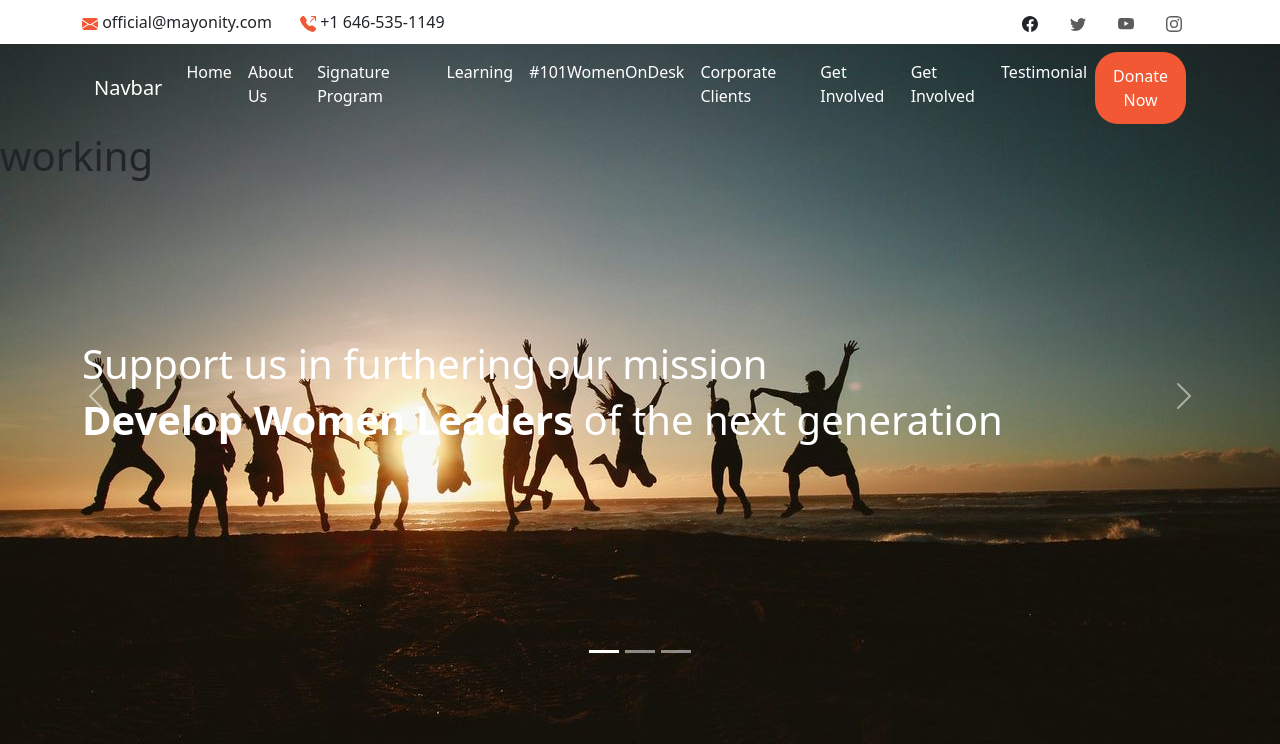
Repository: rizwan-zafar/wings
Page: /
The author's editor kept a copy of each file at every save. The page is drawn from the files as they stood at one save, then again after the next save.
The browser window is 1280 px wide. The pictures show the whole page.
The project was rebuilt for these pictures with package versions that can differ from the ones it lists, and the page was loaded fresh each time.

Above is the page before, as saved 2022-11-26 22:39:53.

### public/index.html
<!DOCTYPE html>
<html lang="en">
  <head>
    <meta charset="utf-8" />
    <link rel="icon" href="%PUBLIC_URL%/favicon.ico" />
    <meta name="viewport" content="width=device-width, initial-scale=1" />
    <meta name="theme-color" content="#000000" />
    <meta
      name="description"
      content="Web site created using create-react-app"
    />
    <link rel="apple-touch-icon" href="%PUBLIC_URL%/logo192.png" />
    <!--
      manifest.json provides metadata used when your web app is installed on a
      user's mobile device or desktop. See https://developers.google.com/web/fundamentals/web-app-manifest/
    -->
    <link rel="manifest" href="%PUBLIC_URL%/manifest.json" />
    <!--
      Notice the use of %PUBLIC_URL% in the tags above.
      It will be replaced with the URL of the `public` folder during the build.
      Only files inside the `public` folder can be referenced from the HTML.

      Unlike "/favicon.ico" or "favicon.ico", "%PUBLIC_URL%/favicon.ico" will
      work correctly both with client-side routing and a non-root public URL.
      Learn how to configure a non-root public URL by running `npm run build`.
    -->
    <title>Wings</title>
  </head>
  <body>
    <noscript>You need to enable JavaScript to run this app.</noscript>
    <div id="root"></div>
    <!--
      This HTML file is a template.
      If you open it directly in the browser, you will see an empty page.

      You can add webfonts, meta tags, or analytics to this file.
      The build step will place the bundled scripts into the <body> tag.

      To begin the development, run `npm start` or `yarn start`.
      To create a production bundle, use `npm run build` or `yarn build`.
    -->
  </body>
</html>

### src/index.js
import React from 'react';
import ReactDOM from 'react-dom/client';
import './index.css';
import App from './App';
import "../node_modules/bootstrap/dist/css/bootstrap.min.css"
import "../node_modules/bootstrap/dist/js/bootstrap.min.js"

const root = ReactDOM.createRoot(document.getElementById('root'));
root.render(
  <React.StrictMode>
    <App />
  </React.StrictMode>
);

// If you want to start measuring performance in your app, pass a function
// to log results (for example: reportWebVitals(console.log))
// or send to an analytics endpoint. Learn more: https://bit.ly/CRA-vitals

### src/index.css
html {
  margin: 0;
  padding: 0;
  font-family: -apple-system, BlinkMacSystemFont, 'Segoe UI', 'Roboto', 'Oxygen',
    'Ubuntu', 'Cantarell', 'Fira Sans', 'Droid Sans', 'Helvetica Neue',
    sans-serif;
  -webkit-font-smoothing: antialiased;
  -moz-osx-font-smoothing: grayscale;
}
.icons{
  color:#f15833 ;
}
.social-icons{
  color:#000000a3
}

### src/App.js
import Home from "./Pages/Home"
function App() {
  return (

    <>
      <Home />
    </>

  );
}

export default App;

### src/Pages/Home.js
import React from 'react'
import TopNavbar from "../Components/Topnavbar"
// import Navbar from "../Components/Navbar"
import Slider from "../Components/Slider"
export default function Home() {
    return (
        <div>
            <TopNavbar />
            {/* <Navbar /> */}
            <Slider />
        </div>
    )
}

### src/Components/Topnavbar.js
import React from 'react'
import "../Css/Topnav.css"
import { EnvelopeFill, TelephoneOutboundFill, Twitter, Youtube, Instagram, Facebook } from "react-bootstrap-icons"
export default function Topnavbar() {
    return (
        <div className="top-bar container d-flex justify-content-between">
            <div>
                <span> <EnvelopeFill className="icons" /> official@mayonity.com</span>
                <span className="set-padding p-4"> <TelephoneOutboundFill className="icons ml-3" /> +1 646-535-1149</span>
            </div>
            <div>
                <span className="p-3 social-icons-"><Facebook /></span>
                <span className="p-3 social-icons"><Twitter /></span>
                <span className="p-3 social-icons"><Youtube /></span>
                <span className="p-3 social-icons"><Instagram /></span>
            </div>
        </div>
    )
}

### src/Components/Slider.js
import React from 'react'
import "../Css/Slider.css"
import Navbar from "../Components/Navbar"
export default function Slider() {
    return (
        <div className="set-slider">
            <Navbar />
            <h1>working</h1>
            <div id="carouselExampleCaptions" className=" carousel slide" data-bs-ride="false">
                <div className="carousel-indicators">
                    <button type="button" data-bs-target="#carouselExampleCaptions" data-bs-slide-to="0" className="active" aria-current="true" aria-label="Slide 1"></button>
                    <button type="button" data-bs-target="#carouselExampleCaptions" data-bs-slide-to="1" aria-label="Slide 2"></button>
                    <button type="button" data-bs-target="#carouselExampleCaptions" data-bs-slide-to="2" aria-label="Slide 3"></button>
                </div>
                <div className="carousel-inner container">
                    <div className="carousel-item active">
                        {/* <img src="https://thumbs.dreamstime.com/b/happy-active-kids-group-six-boys-team-sitting-grass-balls-smiling-sunny-summer-day-33824066.jpg" className="d-block w-100" alt="..." /> */}
                        <div>
                            <h1>Support us in furthering our mission</h1>
                            <h1><strong>Develop Women Leaders</strong> of the next generation</h1>
                        </div>
                    </div>
                </div>
                <div>
                    <button className="carousel-control-prev" type="button" data-bs-target="#carouselExampleCaptions" data-bs-slide="prev">
                        <span className="carousel-control-prev-icon" aria-hidden="true"></span>
                        <span className="visually-hidden">Previous</span>
                    </button>
                    <button className="carousel-control-next" type="button" data-bs-target="#carouselExampleCaptions" data-bs-slide="next">
                        <span className="carousel-control-next-icon" aria-hidden="true"></span>
                        <span className="visually-hidden">Next</span>
                    </button>
                </div>
            </div>
        </div>
    )
}

### src/Css/Topnav.css
.top-bar{
background-color: #fff;
padding: 10px;
}
.nav-container .btn
{
    background: #f15833;
    border-radius: 23px;
    color: white;
    padding: 11px;
    font-weight: 500;
}
 .nav-container nav ul li a
{
    color:  white;
}

### src/Css/Slider.css
.set-slider{
    background-image: url("/public/Images/header.jpg");
    background-size: cover;
    background-repeat: no-repeat;
    height: 700px;
}
.set-slider .carousel-indicators{
    top:300px
}
.set-slider .carousel-inner
{
     margin-top: 160px;
     color:white
}
.set-slider .carousel-inner h1
{

    font-weight: 400;
}
.set-slider .carousel-inner h1
{

    font-weight: 400;
}

### src/Components/Navbar.js
import React from 'react'

export default function Navbar() {
    return (
        <div className="nav-container container">
        <nav className="navbar navbar-expand-lg navbar-dark">
  <div className="container-fluid">
    <a className="navbar-brand" href="/">Navbar</a>
    <button className="navbar-toggler" type="button" data-bs-toggle="collapse" data-bs-target="#navbarNav" aria-controls="navbarNav" aria-expanded="false" aria-label="Toggle navigation">
      <span className="navbar-toggler-icon"></span>
    </button>
    <div className="collapse navbar-collapse" id="navbarNav">
      <ul className="navbar-nav ms-auto">
        <li className="nav-item">
          <a className="nav-link active" aria-current="page" href="/">Home</a>
        </li>
        <li className="nav-item">
          <a className="nav-link" href="/">About Us</a>
        </li>
        <li className="nav-item">
          <a className="nav-link" href="/">Signature Program</a>
        </li>
        <li className="nav-item">
          <a className="nav-link" href="/">Learning</a>
        </li>
        <li className="nav-item">
          <a className="nav-link" href="/">#101WomenOnDesk</a>
        </li>
        <li className="nav-item">
          <a className="nav-link" href="/">Corporate Clients</a>
        </li>
        <li className="nav-item">
          <a className="nav-link" href="/">Get Involved</a>
        </li>
        <li className="nav-item">
          <a className="nav-link" href="/">Get Involved</a>
        </li>
        <li className="nav-item">
          <a className="nav-link" href="/">Testimonial</a>
        </li>
        <li className="nav-item">
          <a className="nav-link btn " href="/">Donate Now</a>
        </li>

      </ul>
    </div>
  </div>
</nav>
        </div>
    )
}

After the next save:
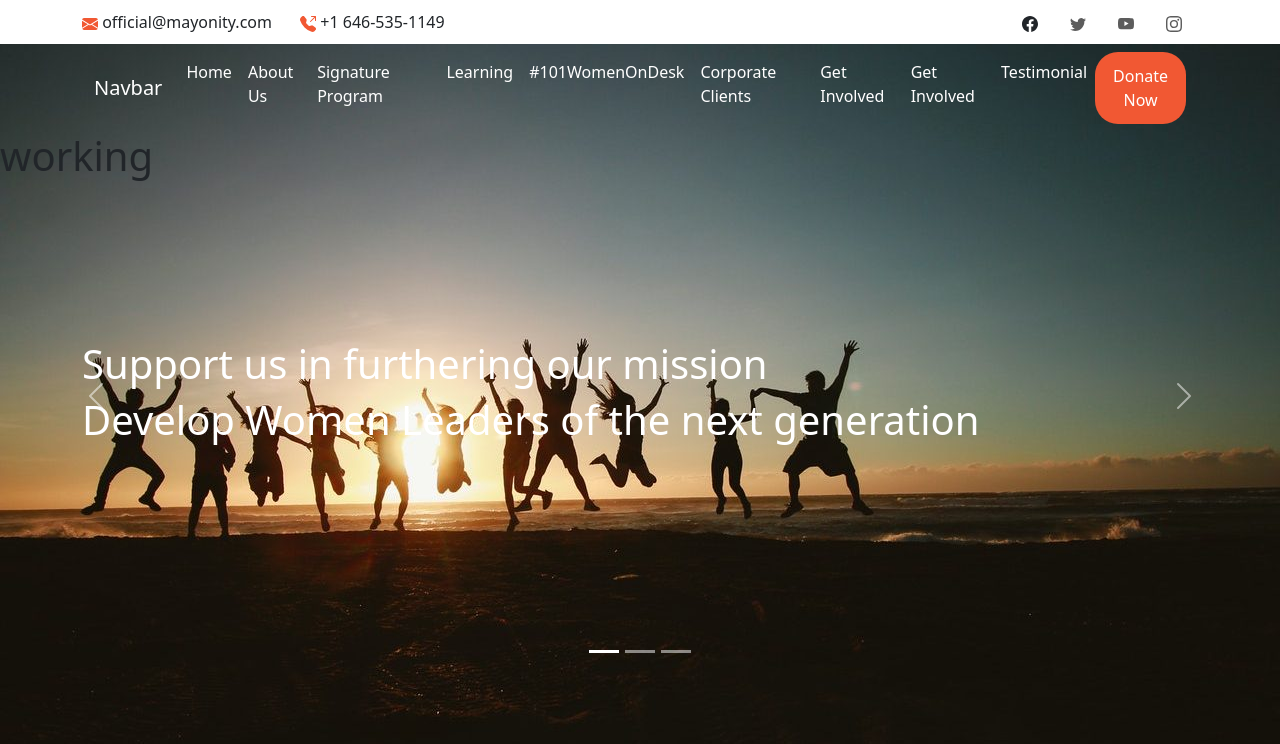
Saved 4 s later.
--- a/src/Css/Slider.css
+++ b/src/Css/Slider.css
@@ -17,7 +17,7 @@
 
     font-weight: 400;
 }
-.set-slider .carousel-inner h1
+.set-slider .carousel-inner h1 strong
 {
 
     font-weight: 400;

After the 3 saves that followed:
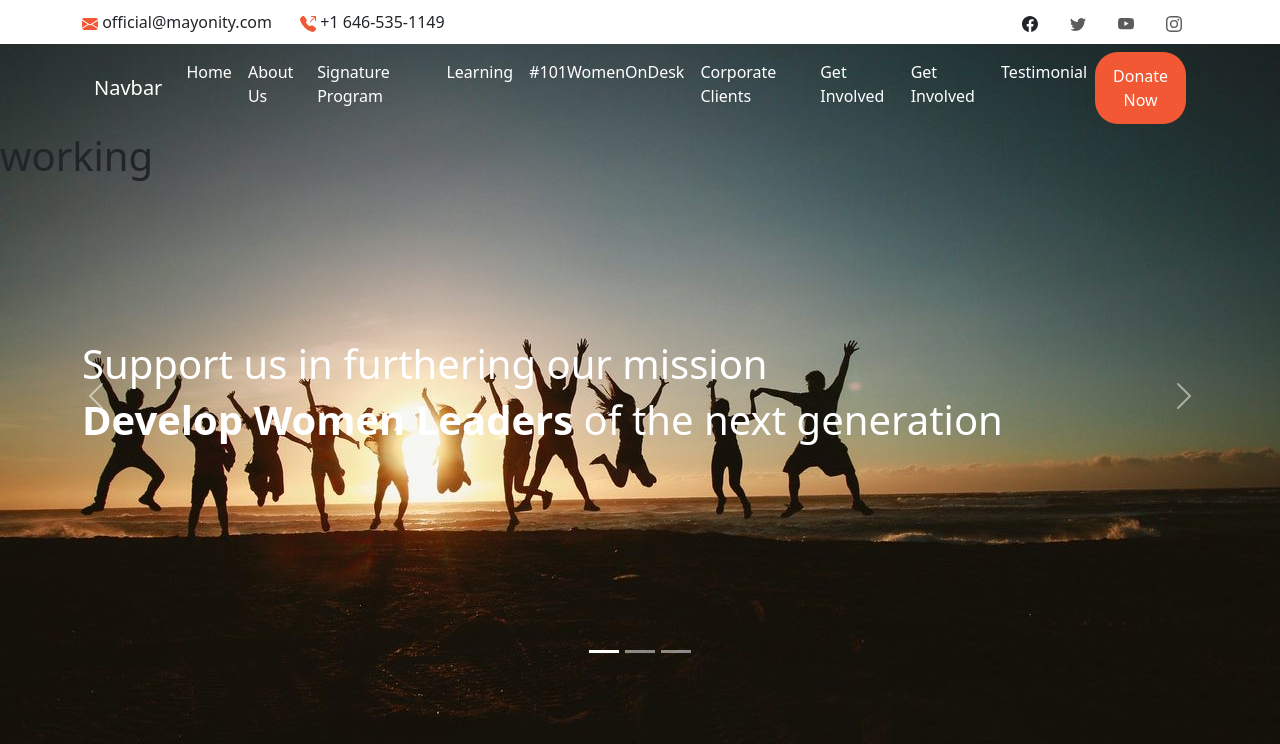
The 3 saves are shown as one change because 1 left the picture as it was and some came seconds apart.
The last was saved 12 s later.
--- a/src/Css/Slider.css
+++ b/src/Css/Slider.css
@@ -19,6 +19,5 @@
 }
 .set-slider .carousel-inner h1 strong
 {
-
-    font-weight: 400;
+    color:#
 }
